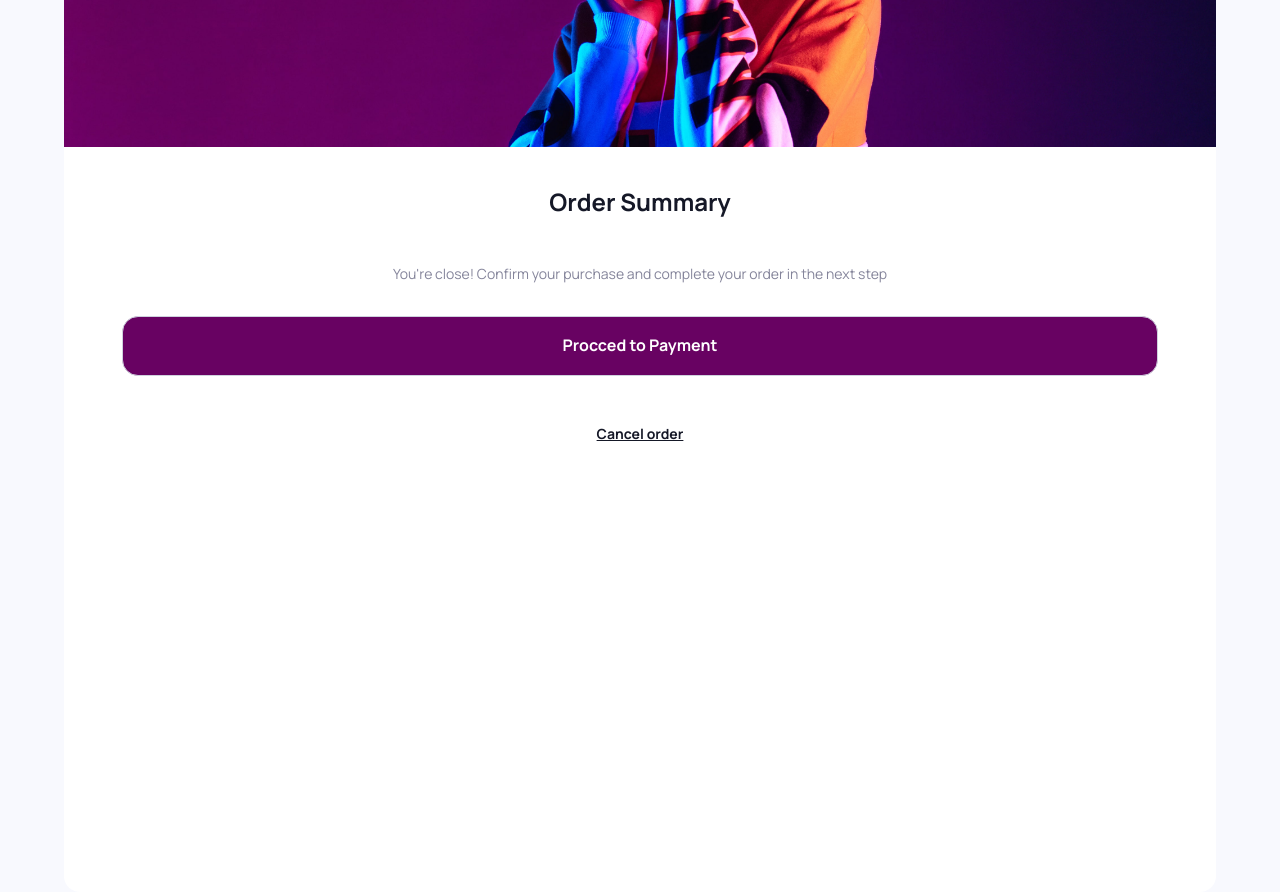
Repository: ssynowiec/INVO-Academy-solution
Page: /
These files come from the project's save history. The page is drawn as it stood at one moment and after the next save; the edit follows.
The browser window is 1280 px wide. The pictures show the whole page.
The project was rebuilt for these pictures with package versions that can differ from the ones it lists, and the page was loaded fresh each time.

Above is the page before, as saved 2023-02-16 09:47:50.

After the next save:
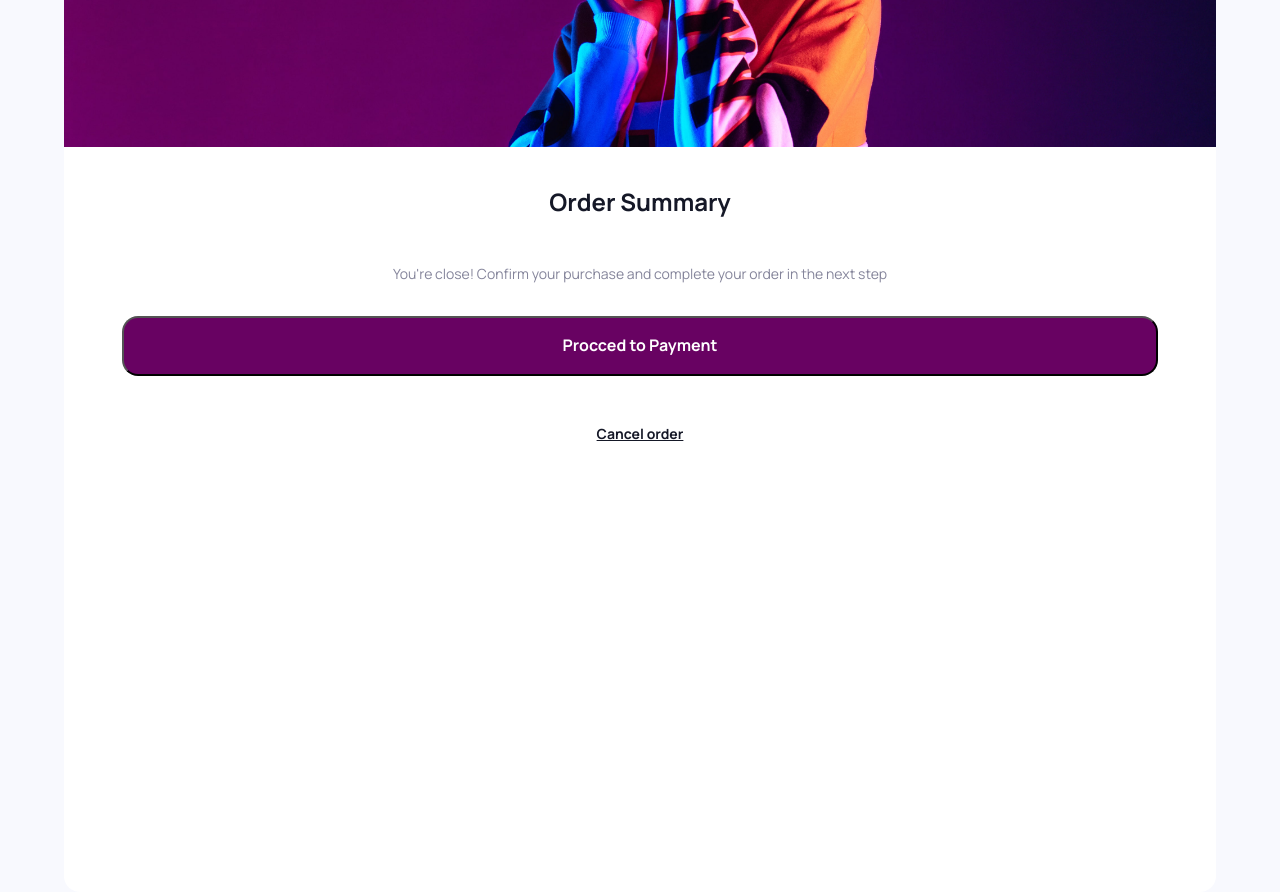
Saved 19 s later.
--- a/src/pages/home-page/styles/home-page.scss
+++ b/src/pages/home-page/styles/home-page.scss
@@ -45,7 +45,6 @@
 		font-size: 16px;
 		line-height: 160%;
 		letter-spacing: -1%;
-		border: 1px solid var(--color-stroke);
 		background-color: var(--color-primary);
 		color: var(--color-white);
 		cursor: pointer;
